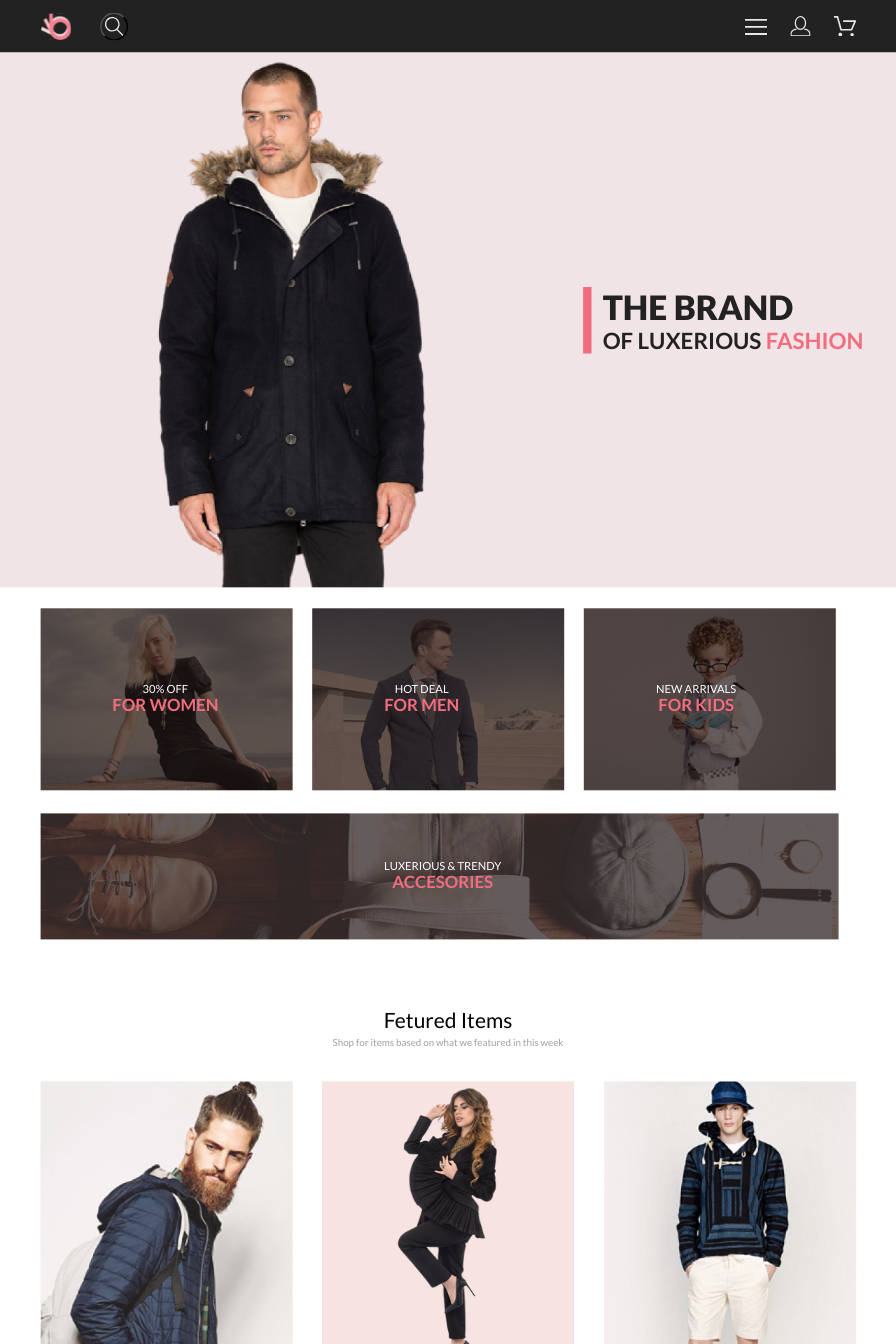
Repository: shtepaa/work-show-linkid
Page: les01/index.html
The author's editor kept a copy of each file at every save. The page is drawn from the files as they stood at one save, then again after the next save.
The browser window is 1280 px wide. The pictures show the part of the page from y = 0 to 1920 px (the page is 3902 px tall), at 70% of full size.

Above is the page before, as saved 2022-02-15 12:25:49.

### les01/index.html
<!DOCTYPE html>
<html lang="en">
  <head>
    <meta charset="UTF-8" />
    <meta http-equiv="X-UA-Compatible" content="IE=edge" />
    <meta name="viewport" content="width=device-width, initial-scale=1.0" />
    <title>Brand</title>
    <link rel="shortcut icon" href="img/favicon.ico" type="image/x-icon" />
    <link rel="stylesheet" href="style.css" />
    <link rel="preconnect" href="https://fonts.googleapis.com" />
    <link rel="preconnect" href="https://fonts.gstatic.com" crossorigin />
    <link
      href="https://fonts.googleapis.com/css2?family=Lato:wght@700;400;900&display=swap"
      rel="stylesheet"
    />
  </head>
  <body>


        <header>
          <div class="container">
            <nav>
              <div class="flex-left">
                <img src="img/logo.svg" alt="logo" />
                <form class="searchBox">
                  <input
                    class="searchInput"
                    type="text"
                    name=""
                    placeholder="Search"
                  />
                  <button class="searchButton" href="#">
                    <img id="path" src="img/search.svg" alt="logo" />
                  </button>
                </form>
              </div>
              <div class="flex-right">
                <div class="mega-box"><img class="contact-img" src="img/menu.svg" alt="logo" />
                <div class="mega-item">

<div class="menu-box"><h3 class="menu-box--style">Menu</h3></div>
<details><summary>Man</summary>
<a class="mega-link" href="#">Accessories</a>
<a class="mega-link" href="#">Bags</a>
<a class="mega-link" href="#">Denim</a>
<a class="mega-link" href="#">T-Shirts</a>
</details>
<details><summary>WOMAN</summary>
  <a class="mega-link" href="#">Accessories</a>
  <a class="mega-link" href="#">Jackets & Coats</a>
  <a class="mega-link" href="#">Polos</a>
  <a class="mega-link" href="#">T-Shirts</a>
  </details>
  <details><summary>KIDS</summary>
    <a class="mega-link" href="#">Accessories</a>
    <a class="mega-link" href="#">Bags</a>
    <a class="mega-link" href="#">Denim</a>
    <a class="mega-link" href="#">T-Shirts</a>
    </details>



                </div>


                </div>
                <img class="contact-img" src="img/contact.svg" alt="logo" />
                <img src="img/shop.svg" alt="logo" />
              </div>
            </nav>
          </div>
        </header>
        <!-- Второй блок -->
        <div class="header-section">

          <!-- <div class="container"> -->

            <div class="header-cover">
              <div class="header-image">
              <img class="header-man"  src="img/man-new.png" alt="man" />
            </div>
            <div class="header-title">
              <div class="pink-line">
              <div class="header-column">
                <h1 class="header-brand">The brand</h1>
                <h2 class="text-brand">of luxerious <span class="pink-word"> fashion</span></h2>
              </div>
            </div>
            </div>
          </div>
          <!-- </div> -->


          </div>
        </div>
<!-- Третий блок -->
        <div class="container catalog-wrappet">
          <div class="catalog-block">
            <div class="catalog-project">
              <img
                class="catalog-image"
                src="img/catalog01.png"
                alt="catalog01"
              />
              <h2 class="catalog__text">
                30% off <span class="pink-word catalog-words"> for women</span>
              </h2>
            </div>
            <div class="catalog-project">
              <img
                class="catalog-image"
                src="img/catalog02.png"
                alt="catalog02"
              />
              <h2 class="catalog__text">
                hot deal <span class="pink-word catalog-words"> for men</span>
              </h2>
            </div>
            <div class="catalog-project">
              <img
                class="catalog-image"
                src="img/catalog03.png"
                alt="catalog03"
              />
              <h2 class="catalog__text">
                new arrivals
                <span class="pink-word catalog-words"> for kids</span>
              </h2>
            </div>
          </div>
          <div class="catalog-project parent">
            <img
              class="catalog-image"
              src="img/catalog04.png"
              alt="catalog04"
            />
            <h2 class="catalog__text down-parent">
              luxerious & trendy<span class="pink-word catalog-words">
                accesories</span
              >
            </h2>
          </div>
        </div>
        <!-- Четвертый блок -->
        <div class="container block-text">
          <h3 class="block-text--heading">Fetured Items</h3>
          <p class="block-text--section-text">
            Shop for items based on what we featured in this week
          </p>
        </div>
        <div class="container section-featured">
          <div class="featur_one">
            <a class="link-featur" href="#">
            <img class="featur-image"  src="img/feat01.png" alt="featur_one" /></a>
            <div class="featur-wrapper">
            <h3 class="featur-text">ELLERY X M'O CAPSULE</h3>
            <p class="featur-content">Known for her sculptural takes on traditional tailoring, Australian arbiter of cool Kym Ellery teams up with Moda Operandi.</p>
<span class="featur-price">$52.00</span></div>
          </div>
          <div class="featur_one">
            <a class="link-featur" href="#">
            <img src="img/feat02.png" alt="featur_one" /></a>
            <div class="featur-wrapper">
            <h3 class="featur-text">ELLERY X M'O CAPSULE</h3>
            <p class="featur-content">Known for her sculptural takes on traditional tailoring, Australian arbiter of cool Kym Ellery teams up with Moda Operandi.</p>
<span class="featur-price">$52.00</span></div>
          </div>
          <div class="featur_one">
            <a class="link-featur" href="#">
            <img src="img/feat03.png" alt="featur_one" /></a>
            <div class="featur-wrapper">
            <h3 class="featur-text">ELLERY X M'O CAPSULE</h3>
            <p class="featur-content">Known for her sculptural takes on traditional tailoring, Australian arbiter of cool Kym Ellery teams up with Moda Operandi.</p>
<span class="featur-price">$52.00</span></div>
          </div>
          <div class="featur_one">
            <a class="link-featur" href="#">
            <img src="img/feat04.png" alt="featur_one" /></a>
            <div class="featur-wrapper">
            <h3 class="featur-text">ELLERY X M'O CAPSULE</h3>
            <p class="featur-content">Known for her sculptural takes on traditional tailoring, Australian arbiter of cool Kym Ellery teams up with Moda Operandi.</p>
<span class="featur-price">$52.00</span></div>
          </div>
          <div class="featur_one">
            <a class="link-featur" href="#">
            <img src="img/feat05.png" alt="featur_one" /></a>
            <div class="featur-wrapper">
            <h3 class="featur-text">ELLERY X M'O CAPSULE</h3>
            <p class="featur-content">Known for her sculptural takes on traditional tailoring, Australian arbiter of cool Kym Ellery teams up with Moda Operandi.</p>
<span class="featur-price">$52.00</span></div>
          </div>
          <div class="featur_one">
            <a class="link-featur" href="#">
            <img src="img/feat06.png" alt="featur_one" /></a>
            <div class="featur-wrapper">
            <h3 class="featur-text">ELLERY X M'O CAPSULE</h3>
            <p class="featur-content">Known for her sculptural takes on traditional tailoring, Australian arbiter of cool Kym Ellery teams up with Moda Operandi.</p>
<span class="featur-price">$52.00</span></div>
          </div>

        </div>
        <div class="container browse-button">
          <a class="link-browse" href="#"> <h3 class="browse-button product-cart">Browse All Product</h3></a>

        </div>
<div class="section-icons">
  <div class="container wrapper-icons">
  <div class="first-icons">
    <img class="car-icons" src="img/car.svg" alt="car" />
    <h3 class="car-icons--text">Free Delivery</h3>
    <p class="car-icons--context">Worldwide delivery on all. Authorit tively morph next-generation innov tion with extensive models.</p>
  </div>
  <div class="first-icons">
    <img class="car-icons" src="img/discount.svg" alt="discount" />
    <h3 class="car-icons--text">Sales & discounts</h3>
    <p class="car-icons--context">Worldwide delivery on all. Authorit tively morph next-generation innov tion with extensive models.</p>
  </div>
  <div class="first-icons">
    <img class="car-icons" src="img/corona.svg" alt="corona" />
    <h3 class="car-icons--text">Quality assurance</h3>
    <p class="car-icons--context">Worldwide delivery on all. Authorit tively morph next-generation innov tion with extensive models.</p>
  </div>
</div>

</div>

<div class="quotes-section">
  <div class="container wrap-quotes">
  <div class="figure-box">
  <figure>
    <img class="figure-image" src="img/author.png" alt="author" />
    <figcaption>“Vestibulum quis porttitor dui! Quisque viverra nunc mi, a pulvinar purus condimentum“</figcaption>
  </figure></div>
  <div class="figure-box enter-mail">

    <h1 class="subscribe">SUBSCRIBE</h1>
    <h2 class="promotion">FOR OUR NEWLETTER AND PROMOTION</h2>
    <div class="subscribe-wrapper">

      <input type="email" name="email" class="subscribe-input" placeholder="Enter Your Email">
      <div class="submit-btn">SUBMIT</div>
    </div>


  </div>

</div>


      </div>
      <footer>
<div class="container footer-contant">
  <div class="copy-righ">
    <span class="copy-text">© 2021  Brand  All Rights Reserved.</span>
  </div>
  <div class="networks">
    <div class="insta instag-fig">

    </div>
    <div class="insta pint-fig"></div>
    <div class="insta last-fig"></div>
    <div class="insta "></div>
  </div>



</div>

      </footer>

  </body>
</html>

### les01/style.css
* {
  margin: 0;
  padding: 0;
}

body{
  font-family: "Lato", sans-serif;
}

header {
  background-color: #222;

  display: flex;
  height: 75px;
}
.header-section {
  background-color: #f1e4e6;
  /* display: flex; */
  height: 764px;
}
.container {
  margin: 0 auto;
  width: 1165px;
  display: flex;
}
.header-image {
  display: flex;
  /* background-repeat: no-repeat;
  -webkit-box-flex: 1;
  -ms-flex-positive: 1;
  flex-grow: 1; */

}
.header-man{
  /* display: flex; */
  /* display: block; */
  left: 0;
}
.header-title {
  /* width: 50%; */
  display: flex;
  flex-direction: row;
  align-items: center;
}
.header-column {
  display: flex;
  flex-direction: column;
  padding-left: 16px;
  text-transform: uppercase;

}
.header-brand{
  font-weight: 900;
  font-size: 48px;
  line-height: 57px;
  color: #222;
}
.text-brand{
  font-weight: 700;
  font-size: 32px;
  line-height: 38px;
  color: #222;
}
.pink-word {
  color: #f16d7f;
}
.pink-line {
  width: 405px;

  border-left: 12px solid #f16d7f;
}
.header-cover {
  /* width: 100%; */
  display: flex;
  /* flex-direction: row; */
  justify-content: space-between;
  width: 1250px;
  /* margin: 0 auto; */
}

nav {
  justify-content: space-between;
  flex-direction: row;
  /* position: relative; */
  align-items: center;
  display: flex;
  height: 75px;
  width: 100%;
}
.flex-left {
  align-items: center;
  flex-direction: row;
  display: flex;
}

.contact-img {
  margin-right: 33px;
}
/* Меню бокс */
.mega-item {
  position: absolute;
  background-color: #fff;

  /* display: none; */
  padding: 37px 100px 79px 50px;
  display: none;
  margin-top: 23px;
  padding-bottom: 53px;
  /* margin-left: 155px; */
}
.mega-box {
  padding: 34px 0 30px 0;

}
.mega-box:hover .mega-item{
  display: block;
}
summary {
  display: block;
}

  summary::-webkit-details-marker {
  display: none;
}

summary {
  display: block;
  font-weight: 400;
  font-size: 14px;
  line-height: 17px;
  text-transform: uppercase;
  color: #f16d7f;
  padding-top: 20px;
  padding-bottom: 12px;
  font-family: "Lato", sans-serif;
  cursor: pointer;
}

  summary::-webkit-details-marker {
  display: none;
}

summary::before {
  content: '';
  padding-right: 0.5em;
}

details[open] > summary::before {
  content: '';
}

.menu-box--style {
  font-weight: 700;
  font-size: 14px;
  line-height: 17px;
  text-transform: uppercase;
  padding-bottom: 4px;
  font-family: "Lato", sans-serif;
}
/* .pink-box {

} */
.mega-link {
  font-family: "Lato", sans-serif;
  display: block;
  text-decoration: none;
  font-size: 14px;
  line-height: 17px;
  color: #6f6e6e;
  font-weight: 400;
  padding: 12px 0px 11px 15px;
}
.mega-link:hover{
  color: #F16D7F;
}
.flex-right {
  display: flex;
  align-items: center;
  position: relative;
  /* padding-bottom: 23px; */
}
img {
  cursor: pointer;
}

/* search form*/
form {
  margin-left: 41px;
}

.searchBox:hover > .searchInput {
  padding: 0 6px;
  width: 240px;
}

.searchBox:hover > .searchButton {
  background: #222;
  color: #2f3640;
}

.searchButton {
  justify-content: center;
  align-items: center;
  background: #222;
  border-radius: 50%;
  color: white;
  float: right;
  width: 40px;
  height: 40px;
  display: flex;
  transition: 0.4s;
}

.searchInput {
  border: none;
  background: none;
  outline: none;
  float: left;
  padding: 0;
  color: white;
  font-size: 16px;
  transition: 0.4s;
  line-height: 40px;
  width: 0px;
}

@media screen and (max-width: 620px) {
  .searchBox:hover > .searchInput {
    width: 150px;
    padding: 0 6px;
  }
}

/* Третий блок */

.catalog-wrappet {
  display: flex;
  /* flex-direction: row; */
  flex-wrap: wrap;
  justify-content: space-between;
  max-width: 1165px;
  margin: 0 auto;
}
.catalog-project {
  margin-top: 30px;
  position: relative;
  flex-grow: 1;
}
/* .catalog-image:last-of-type {
  width: 100%;

} */
.catalog__text {
  position: absolute;
  display: block;
  z-index: 100;
  left: 103px;
  top: 105px;
  box-sizing: border-box;
  font-size: 16px;
  line-height: 19px;
  text-align: center;
  font-family: Lato;
  color: #fff;
  text-transform: uppercase;
  font-weight: 400;
  display: flex;
  flex-direction: column;
  /* left: 0; */
}
.catalog-words {
  font-size: 24px;
  line-height: 28px;
  text-align: center;
  font-family: "Lato", sans-serif;
  font-weight: 700;
}
.catalog-block {
  display: flex;
  justify-content: space-between;
  flex-direction: row;
  width: 100%;
}
.parent {
  display: flex;
  width: 100%;
  /* justify-content: space-between; */
}
.down-parent {
  left: 491px;
  top: 65px;
}
/* Четвертый блок */
.block-text {
  padding-top: 96px;
  display: flex;
  flex-direction: column;
  box-sizing: content-box;
  align-items: center;
}
.block-text--heading {
  font-weight: normal;
  font-size: 30px;
  line-height: 36px;
}
.block-text--section-text {
  padding-top: 6px;
  font-weight: normal;
  font-size: 14px;
  line-height: 17px;
  color: #9f9f9f;
}
/* Пятый блок */
.section-featured{
  max-width: 1165px;
  display: flex;
  flex-direction: row;
  flex-wrap: wrap;
  padding-top: 18px;
  justify-content: space-between;
}
.featur_one{
  display: flex;
  flex-direction: column;
  max-width: 360px;
  background-color: #F8F8F8;
  margin-top: 30px;
}
.featur-text{
  margin-top: 25px;
  font-size: 13px;
line-height: 16px;
font-family: "Lato", sans-serif;
font-weight: 400;
}
.featur-content{
  color: #5D5D5D;
  font-weight: 300;
font-size: 14px;
line-height: 17px;
font-family: "Lato", sans-serif;
padding-top: 12px;
}
.featur-price{
  color:  #F16D7F;
  font-size: 16px;
line-height: 19px;
font-weight: 400;
padding-top: 18px;
}
.featur-wrapper{
  padding-left: 18px;
  padding-bottom: 20px;
  display: flex;
  flex-direction: column;
}
.browse-button{
  /* align-items: center; */
  /* display: block; */
  max-width: 1165px;
  display: flex;
  justify-content: center;
  margin-top: 63px;

}
.link-browse{
  text-decoration: none;
}
.product-cart{
  color: #fff;
  border: 1px solid #FF6A6A;
  box-sizing: border-box;
  align-items: center;
  width: 211px;
  padding: 15px 38px;
  font-size: 16px;
line-height: 19px;
font-weight: 400;
background-color: #F16D7F;
}
/* конец кнопки */
.section-icons {
  background-color: #222224;
  display: flex;
  height: 341px;

  /* justify-content: space-between; */
  margin-top: 95px;
}
.first-icons{
  display: flex;
  flex-direction: column;
  max-width: 343px;
  justify-content: center;
  align-items: center;
  text-align: center;


}
.car-icons{
  width: 44px;
  height: 31px;
  padding-top: 103px;
  padding-bottom: 28px;
}
.wrapper-icons{
  max-width: 1165px;
  display: flex;
  flex-direction: row;
  justify-content: space-between;
}
.car-icons--context{
  padding-top: 16px;
  font-weight: 300;
font-size: 13.972px;
line-height: 17px;
color: #FBFBFB;
padding-bottom: 104px;
}
.car-icons--text{
  font-size: 19.96px;
line-height: 24px;
color: #FBFBFB;
font-weight: 400;
}
/* Квотес секция */
.quotes-section{
  background-image: url(img/photo-subscribe.png );
  height: 448px;
  background-repeat: no-repeat;
  background-size: 100%;

}
.wrap-quotes{
  display: flex;
  flex-direction: row;
  max-width: 1165px;
  justify-content: space-between;

}
.figure-box{
  display: flex;
  flex-direction: column;
  width: 343px;
  justify-content: center;
  /* align-items: center; */
  text-align: center;

}
.figure-image{
  width: 96px;
  height: 96px;
  padding-top: 97px;
}
figcaption{
  padding-top: 30px;
  font-size: 20px;
line-height: 24px;
font-weight: 400;
font-family: "Lato", sans-serif;
color: #222224;

}
.subscribe{
  font-family: "Lato", sans-serif;
  font-weight: 700;
  font-size: 24px;
  line-height: 37px;
  padding-top: 150px;
}
.promotion{
  font-family: "Lato", sans-serif;
  font-weight: 400;
  font-size: 18px;
  line-height: 30px;
}
.enter-mail{
  width: 557px;
}
.subscribe-wrapper{
  display: flex;
  justify-content: center;
  margin-top: 39px;

  border-radius: 10px;
  width: 356px;
  margin: 0 auto;
  padding-top: 32px;
}
.subscribe-input{
width: 256px;
border-radius: 30px;
  border-bottom-right-radius: 0;
  border-top-right-radius: 0;
  border-color: #E1E1E1;
  background-color: #E1E1E1;
}
.submit-btn{
  width: 100px;
  border-radius: 30px;
  border-bottom-left-radius: 0;
  border-top-left-radius: 0;
  background-color: #E05C6E;
  height: 49px;
  color: #fff;
  text-align: center;
  align-items: center;
  font-size: 14px;
line-height: 17px;
display: flex;
font-weight: 400;
padding: 10px;
}
::placeholder{
  padding-left: 22px;
  padding-top: 7px;
  padding-bottom: 6px;
  font-size: 14px;
line-height: 17px;
opacity: 0.67;
color: #222224;
}
footer{
  height: 79px;
  background-color: #222224;
  display: flex;
}
.footer-contant{
  display: flex;
  flex-direction: row;
  max-width: 1165px;
  align-items: center;
  justify-content: space-between;
}
.copy-text{
  padding-top: 30px;
  font-size: 16px;
line-height: 19px;
font-weight: 400;
color: #FBFBFB;
}
.networks{
  display: flex;
  flex-direction: row;


}
.insta{
  height: 32px;
  width: 31px;
  background-color: #fff;
  display: flex;

}
.last-fig{
  margin-right: 7px;
}
.pint-fig{
  margin-right: 7px;
}
.instag-fig{
  margin-right: 7px;
}
.insta:hover{
  background-color: #E05C6E;

}

### les01/img/search.svg
<svg width="27" height="28" viewBox="0 0 27 28" fill="#E8E8E8" xmlns="http://www.w3.org/2000/svg" id="path">
<path d="M19.0596 17.6259C20.6713 15.8658 21.6282 13.6048 21.7698 11.2225C21.9113 8.84018 21.2288 6.48173 19.8369 4.54318C18.445 2.60463 16.4285 1.20404 14.126 0.576619C11.8234 -0.0508009 9.3751 0.13316 7.19217 1.09761C5.00923 2.06205 3.22463 3.74825 2.13804 5.87302C1.05145 7.9978 0.729054 10.4318 1.225 12.7661C1.72094 15.1005 3.00501 17.1932 4.86158 18.6927C6.71814 20.1922 9.03413 21.0072 11.4206 21.0009C13.673 21.004 15.8645 20.27 17.6606 18.9109L25.4086 26.7179C25.4941 26.807 25.5965 26.8781 25.7099 26.927C25.8232 26.9759 25.9452 27.0017 26.0686 27.0029C26.1923 27.0033 26.3148 26.9782 26.4283 26.9292C26.5419 26.8801 26.6441 26.8082 26.7286 26.7179C26.9025 26.537 26.9997 26.2958 26.9997 26.0449C26.9997 25.794 26.9025 25.5528 26.7286 25.3719L19.0596 17.6259ZM2.88662 10.5009C2.89946 8.81563 3.41094 7.17187 4.35659 5.77685C5.30224 4.38183 6.63972 3.29801 8.20044 2.662C9.76115 2.02599 11.4752 1.86627 13.1266 2.20298C14.7779 2.53969 16.2926 3.35775 17.4797 4.55404C18.6668 5.75033 19.4732 7.27129 19.7972 8.92519C20.1212 10.5791 19.9483 12.2919 19.3002 13.8476C18.6522 15.4034 17.5581 16.7325 16.1559 17.6674C14.7536 18.6023 13.1059 19.1011 11.4206 19.1009C9.14916 19.0901 6.97482 18.1784 5.37484 16.566C3.77486 14.9537 2.87998 12.7724 2.88662 10.5009Z" fill="#E8E8E8"/>
</svg>

Loaded but not shown: les01/img/car.svg (3 lines, source omitted)

After the next save:
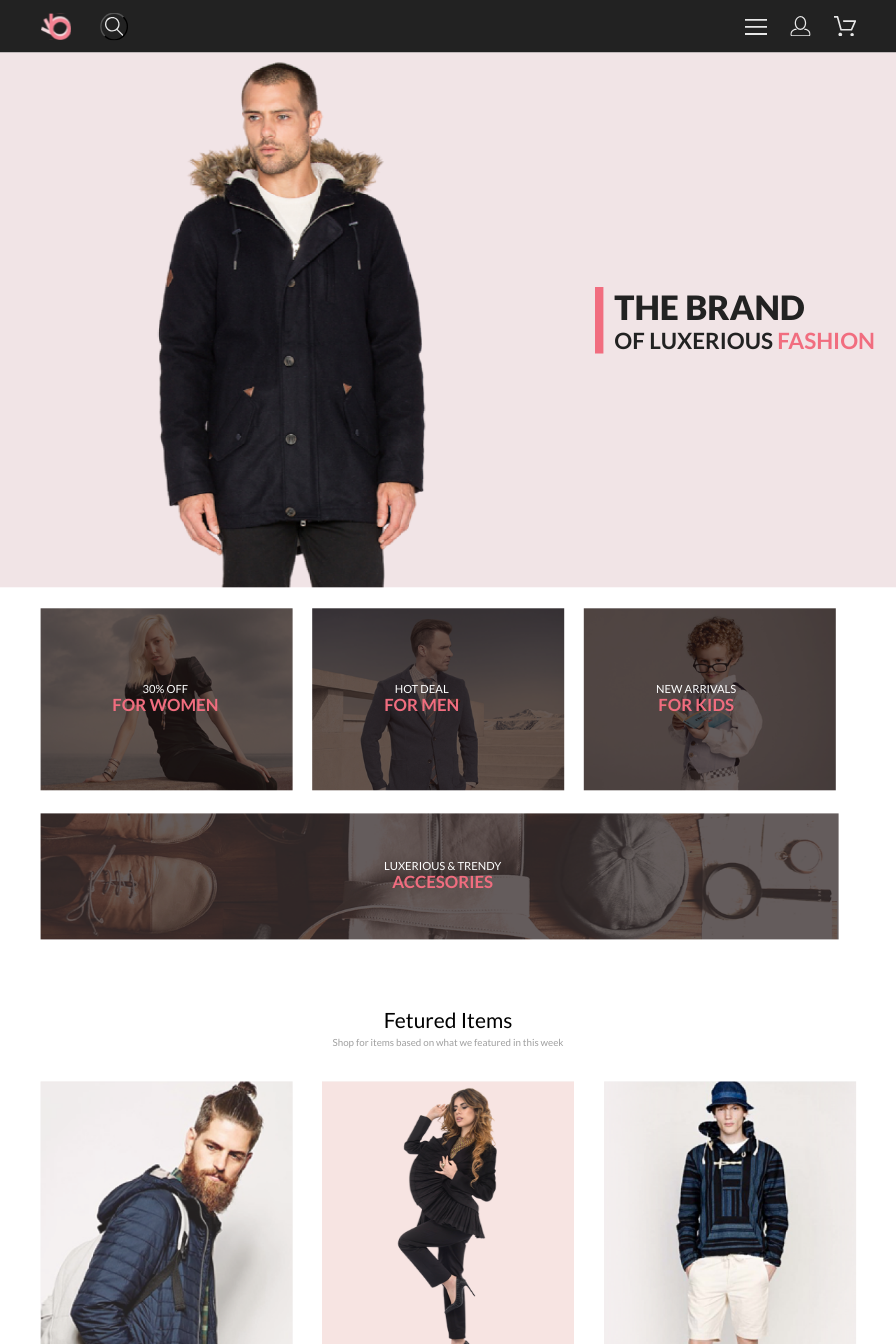
Saved 4 min 9 s later.
--- a/les01/style.css
+++ b/les01/style.css
@@ -65,7 +65,7 @@ header {
   color: #f16d7f;
 }
 .pink-line {
-  width: 405px;
+
 
   border-left: 12px solid #f16d7f;
 }
